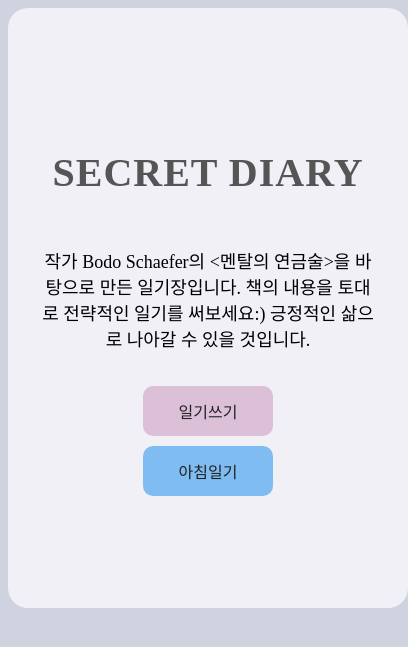
Repository: jinhee196/diary
Page: index.html
An editor plug-in stored every save of this project. The page is shown before and after the next save, followed by the edit.
The browser window is 375 px wide. The page is 408 px wide, so the pictures cover 408 px, including what lies to the right of the window. The pictures show the whole page.
Some web fonts or font styles are not loaded; a fallback is used. Some web libraries are served in a nearby version.

Above is the page before, as saved 2021-06-06 16:10:27.

### index.html
<!DOCTYPE html>
<html lang="ko">
<head>
    <meta charset="UTF-8">
    <meta http-equiv="X-UA-Compatible" content="IE=edge">
    <meta name="viewport" content="width=device-width, initial-scale=1.0">
    <title>secret Note</title>
    <script src="https://kit.fontawesome.com/ef20572bd9.js" crossorigin="anonymous"></script>
    <link rel="stylesheet" href="style.css">
    <link rel="preconnect" href="https://fonts.gstatic.com">
<link href="https://fonts.googleapis.com/css2?family=Hi+Melody&family=Nanum+Brush+Script&display=swap" rel="stylesheet">
<link href="https://fonts.googleapis.com/css2?family=Noto+Sans+KR:wght@100;300&display=swap" rel="stylesheet">
    <script src="js/main.js" defer></script>
    <script src="js/data.js"></script>
</head>
<body>
  <div class="container">
      <header class="header"></header>

      <section id="main">
        <h1 class="main__title">SECRET DIARY</h1>
        <p class="main__desc">작가 Bodo Schaefer의 &#60;멘탈의 연금술&#62;을 바탕으로 만든 일기장입니다.
                              책의 내용을 토대로 전략적인 일기를 써보세요:) 긍정적인 삶으로 나아갈 수 있을 것입니다. </p>
        <button class="note1">일기쓰기</button>
        <button class="note2">아침일기</button>
        <button class="note3">걱정과 두려움을 <br>다루는 방법</button>
      </section>

      <section id="daily">
        <div class="daily__weather">
          <!-- <img src="" alt=""> -->
        </div>
        <div class="daily__emotion"></div>
        <div class="daily__Note">
          <button class="daily__submit">완료</button>
          <input class="daily__title" placeholder="제목을 입력하세요"></input>
          <textarea class="daily__text" autofocus></textarea>
          <div class="popup">
             <h3 class="popup__title">저장되었습니다.</h3>
             <button class="popup__btn">확인</button>
          </div>
        </div>
      </section>

      <section id="morning">
        <button class="morning__submit">완료</button>
        <p class="desc">아침일기는 '오늘 무엇을 할 것인가?'를 정리하는 데 탁월한 효과를 줍니다. 질문에 가볍게 답해가다 보면,
          질문의 답처럼 생각하고 실행할 수 있는 컨디션이 만들어질 것입니다.

        </p>
        <ul class="items">
          <!-- <li class="item">test</li>
          <li class="item-sub">subtest</li> -->
        </ul>
        <div class="message">
        <input type="text" class="footer__input" />
        <button class="footer__submit">보내기</button>
        </div>
    </section>

    <section id="list">
      <p class="desc">두려움과 걱정의 목록들을 리스트로 만들고 지속적으로 업데이트하세요.
        구체적으로 작성해 두려움을 잘게 쪼개다보면 엄습하는 두려움을 무력화시킬 수 있을 것입니다. </p>
      <ul class="items">
        <!-- <li class="item">test</li>
        <li class="item-sub">subtest</li> -->
      </ul>
      <div class="message">
      <input type="text" class="footer__input" />
      <button class="footer__submit">보내기</button>
      </div>
  </section>

    <footer class="footer">
      <button class="footer__button">
        <div class="circle"></div>
       </button>
       <i class="fas fa-chevron-left"></i>
     </footer>
  </div>
</body>
</html>

### style.css
* {
  box-sizing: border-box;
  font-family: "Hi Melody", cursive;
}
ul {
  padding: 0;
}

button {
  outline: none;
  background: transparent;
  border: none;
  cursor: pointer;
}
body {
  background-color: #ced3df;
  text-align: center;
}

section {
  height: 600px;
}
.container {
  width: 400px;
  margin: auto;
  background-color: #f1f0f7;
  border-radius: 20px;
}

.header {
  height: 48px;
  padding: 8px;
  font-size: 24px;
  background: rgba(237, 193, 211);

  background: linear-gradient(
    166deg,
    rgba(237, 193, 211, 1) 0%,
    rgba(219, 192, 216, 1) 35%,
    rgba(127, 188, 242, 1) 100%
  );

  border-radius: 20px 20px 0 0;
  color: #fff;
}

#main {
  display: flex; /*flex*/
  flex-direction: column;
  justify-content: center;
  align-items: center;
  overflow: hidden;
}
.main__title {
  font-family: "Nanum Brush Script", cursive;
  letter-spacing: 1px;
  font-size: 40px;
  color: #555;
}
.main__desc {
  padding: 0 30px;
  font-size: 18px;
  margin-bottom: 30px;
}
#main button {
  width: 130px;
  padding: 13px 15px;
  margin: 5px 0;
  border-radius: 10px;
  color: #222;
  font-size: 16px;
  transition: transform 300ms;
}
#main button:hover {
  transform: scale(1.1);
}
.note1 {
  background-color: rgba(219, 192, 216, 1);
}
.note2 {
  background-color: rgba(127, 188, 242, 1);
}
.note3 {
  display: none;
  background-color: rgba(219, 192, 216, 1);
}

#daily {
  display: none;
}
.daily__weather {
  display: none;
  height: 600px;
  overflow: hidden;
}

.daily__weather-Q {
  /*h2 title*/
  font-size: 35px;
  margin: 120px 0 30px;
}
.answerList {
  /*buttons*/
  width: 26%;
  margin: 5px 10px;
}
.answerList img {
  width: 100%;
}
.daily__emotion {
  display: none;
  position: relative;
  height: 600px;
  overflow: hidden;
}
.daily__Note {
  display: none;
  width: 100%;
  height: 100%;
  position: relative;
}
.daily__title {
  width: 100%;
  height: 10%;
  outline: none;
  padding: 20px;
  font-size: 22px;
  border: none;
  border-bottom: 1px solid #ddd;
}
.daily__text {
  width: 100%;
  height: 85%;
  line-height: 1.6;
  padding: 20px;
  outline: none;
  border: none;
  resize: none;
  font-size: 18px;
}
.daily__submit {
  height: 5%;
  font-size: 16px;
  color: #555;
  float: right;
  margin-right: 10px;
}
.daily__submit:hover {
  color: rgb(255, 110, 238);
}
.popup {
  position: absolute;
  top: 50%;
  left: 50%;
  transform: translate(-50%, -50%);
  border: 1px solid #ccc;
  padding: 20px 40px;
  box-shadow: 2px 4px 5px #ccc;
  display: none;
}
.popup__title {
  font-family: "Noto Sans KR", sans-serif;
  font-size: 16px;
}
.popup__btn {
  font-family: "Noto Sans KR", sans-serif;
  border: 1px solid #ccc;
}
#morning {
  display: none;
  overflow: hidden;
  position: relative;
}
#list {
  display: none;
  overflow: hidden;
}
.morning__submit {
  width: 50px;
  height: 30px;
  color: #555;
  float: right;
  background-color: #fff;
  border: 1px solid #ddd;
  transition: all 400ms;
  position: absolute;
  top: 44px;
  right: -12px;
}
.morning__submit:hover {
  font-size: 16px;
  background-color: rgb(231, 248, 252);
  right: 0;
}
.desc {
  font-family: "Noto Sans KR", sans-serif;
  width: 370px;
  height: 60px;
  font-size: 11px;
  text-align: left;
  padding: 8px 30px;
  margin: 15px auto 0;
  background-color: #fff;
  border-radius: 5px;
  line-height: 1.4;
}
.items {
  height: 495px;
  overflow-y: auto;
  margin: 0;
  font-size: 17px;
  text-align: left;
}

.item {
  padding: 8px 15px;
  margin: 10px;
  border-radius: 15px;
  background: rgba(237, 193, 211);
  display: inline-block;
  float: left;
  clear: both;
}
.item-sub {
  padding: 8px 15px;
  margin: 10px;
  border-radius: 15px;
  background: rgba(127, 188, 242, 1);
  display: inline-block;
  float: right;
  clear: both;
}

.footer {
  background: rgba(237, 193, 211);

  background: linear-gradient(
    166deg,
    rgba(237, 193, 211, 1) 0%,
    rgba(219, 192, 216, 1) 35%,
    rgba(127, 188, 242, 1) 100%
  );
  border-radius: 0 0 20px 20px;
  position: relative;
}
.message {
  width: 100%;
}
.footer__input {
  width: 88%;
  height: 32px;
  border: none;
  outline: none;
  font-size: 20px;
  font-weight: 400;
  padding: 0 16px;
  float: left;
  border-top: 1px solid rgba(237, 193, 211);
}

.footer__submit {
  width: 12%;
  height: 32px;
  float: right;
  background-color: rgba(237, 193, 211);
  font-size: 11px;
  padding: 0;
}
.footer__button {
  width: 48px;
  height: 48px;
  background-color: #fff;
  border-radius: 50%;
  transition: transform 300ms ease-in;
  margin-top: 2px;
}
.circle {
  width: 40px;
  height: 40px;
  border: 4px solid rgba(219, 192, 216, 0.8);
  border-radius: 50%;
  margin-left: -2px;
}
.fa-chevron-left {
  font-size: 20px;
  color: #eee;
  position: absolute;
  right: 70px;
  top: 50%;
  transform: translateY(-50%);
  cursor: pointer;
  transition: transform 500ms ease-in;
}
.footer__button:hover {
  transform: scale(1.1);
}
.fa-chevron-left:hover {
  color: rgb(255, 128, 255);
}

@keyframes fadeIn {
  from {
    opacity: 0;
  }
  to {
    opacity: 1;
  }
}

@keyframes fadeOut {
  from {
    opacity: 1;
  }
  to {
    opacity: 0;
  }
}

.fadeIn {
  animation: fadeIn;
  animation-duration: 1s;
}

.fadeOut {
  animation: fadeOut;
  animation-duration: 1s;
}

@media screen and (max-width: 411px) {
  .header {
    display: none;
  }
  .footer {
    display: none;
  }
}

### js/data.js
const morningList = [
  {
    q: '1. 나는 오늘 어떤 점이 가장 행복하겠는가?'
  },
  {
    q: '2. 오늘 내게 가장 큰 동기부여를 해주는 것은 무엇인가?'
  },
  {
    q: '3.오늘 무엇에 가장 감사해야 하겠는가?'
  },
  {
    q: '4.오늘 내게 직언과 조언을 해줄 사람들은 누구인가?'
  },
  {
    q: '5. 오늘 내 컨디션으로 볼 때 가장 잘해낼 것 같은 일은 무엇인가?'
  },
  {
    q: '6. 오늘 내가 꼭 알아야 할 것은 무엇인가?'
  },
  {
    q: '7. 오늘 두려움과 긴장을 유쾌하게 다뤄줄 필살기는 무엇인가?'
  },
  {
    q: '8. 오늘 꼭 해야할 과제 한 가지는 무엇인가?'
  }
]

const qnaList = [
  {
    q: '지금 가장 두려운 것이 무엇입니까?'
  },
  {
    q: '그것이 왜 두려우십니까? 구체적으로 작성해보세요.'
  },
  {
    q: '가장 큰 두려움에서부터 사소한 걱정까지 낱낱이 기록하세요.'
  }
]

const dailyNote = [
  {
    q: '현재 날씨를 선택해주세요',
    a: [
      { answer: 'images/weather-icons-set_03.png'},
      { answer: 'images/weather-icons-set_05.png' },
      { answer: 'images/weather-icons-set_07.png' },
      { answer: 'images/weather-icons-set_13.png' },
      { answer: 'images/weather-icons-set_17.png' },
      { answer: 'images/weather-icons-set_21.png' },
    ]
  },
  {
    q: '현재 기분을 골라보세요',
    a: [
      { answer: 'images/emtion_03.png' },
      { answer: 'images/emtion_05.png' },
      { answer: 'images/emtion_07.png' },
      { answer: 'images/emtion_12.png' },
      { answer: 'images/emtion_13.png' },
      { answer: 'images/emtion_14.png' },
      { answer: 'images/emtion_18.png' },
      { answer: 'images/emtion_19.png' },
      { answer: 'images/emtion_20.png' },
    ]
  }
]

### js/main.js
const note1 = document.querySelector('.note1');
const note2 = document.querySelector('.note2');

const main = document.querySelector('#main');
const morning = document.querySelector('#morning');
const list = document.querySelector('#list');

const items = document.querySelector('.items');
const input = document.querySelector('.footer__input');
const addBtn = document.querySelector('.footer__submit');
const back = document.querySelector('.fa-chevron-left');

const daily = document.querySelector('#daily');
const daily__weather = document.querySelector('.daily__weather');
const daily__emotion = document.querySelector('.daily__emotion');
const daily__Note = document.querySelector('.daily__Note');
const daily__submit = document.querySelector('.daily__submit');
const textarea = document.querySelector('.daily__text');
const daily__title = document.querySelector('.daily__title');
const popup = document.querySelector('.popup');
const endPoint = 8;

let qIdx;
note1.addEventListener('click', () => {
  main.style.animation = "fadeOut 1s";
  setTimeout(() => {
    daily.style.animation = "fadeIn 1s";
    daily__weather.style.animation = "fadeIn 1s";
    setTimeout(() => {
      main.style.display = "none";
      daily.style.display = "block";
      daily__weather.style.display = "block";
    }, 450)
    qIdx = 0;
    dailyNext(qIdx);
  }, 450);
});


function addAnswer(answerText, qIdx){
  const answer = document.createElement('button');
  answer.classList.add('answerList');
  daily__weather.appendChild(answer);
  answer.innerHTML = `<img src="${answerText}" alt=""></img>`;


  answer.addEventListener('click', ()=>{
    let children = document.querySelectorAll('.answerList');
    for( let i = 0; i < children.length; i++) {
         children[i].disabled = true;
        //  children[i].style.display = 'none';
         daily__weather.innerHTML = '';
    }

    dailyNext(++qIdx);
  });

}


function dailyNext(qIdx){
  if(qIdx === 2){
    goResult();
    return;
  }
    const dailyQ = document.createElement('h2');
    dailyQ.setAttribute('class', 'daily__weather-Q');
    daily__weather.appendChild(dailyQ);
    dailyQ.innerHTML = dailyNote[qIdx].q;
    for(let i in dailyNote[qIdx].a){
      addAnswer(dailyNote[qIdx].a[i].answer, qIdx);
    }
  }



function goResult() {
  // console.log('result');
  daily__weather.style.display = 'none';
  daily__emotion.style.display = 'none';
  daily__Note.style.display = 'block';
  textarea.focus();
}

daily__submit.addEventListener('click', ()=>{
  popup.style.display = 'block';

  const popupBtn = document.querySelector('.popup__btn');
  popupBtn.addEventListener('click', ()=>{
    popup.style.display = 'none';
    init();

  });
});

note2.addEventListener('click', ()=>{
    main.style.animation = "fadeOut 1s";
    setTimeout(() => {
      morning.style.animation = "fadeIn 1s";
      setTimeout(() => {
        main.style.display = "none";
        morning.style.display = "block";
        input.focus();
      }, 450)
      qIdx = 0;
      goNext(qIdx);
    }, 450);
});



function goNext(qIdx){
  if(qIdx === endPoint){
    console.log('end');
    return;
  }
  const qna = createQna(qIdx);
  items.appendChild(qna);
  qna.scrollIntoView({ block: 'center' });
}

function createQna(qIdx) {
  const qnaRow = document.createElement('li');
  qnaRow.setAttribute('class', 'item');
  qnaRow.innerHTML = morningList[qIdx].q;
  console.log(qIdx);

  return qnaRow;

}
function onAdd() {
  const text = input.value;
  if (text === '') {
    input.focus();
    return;
  }
  const item = createItem(text); //function
  items.appendChild(item);
  item.scrollIntoView({ block: 'center' });
  input.value = '';
  input.focus();
  goNext(++qIdx);

}

function createItem(text) {
  const itemRow = document.createElement('li');
  itemRow.setAttribute('class', 'item-sub');
  itemRow.innerHTML = text;
  return itemRow;
}

addBtn.addEventListener('click', () => {
  onAdd();
});

input.addEventListener('keypress', event => {
  if (event.key === 'Enter') {
    onAdd();
  }
});

back.addEventListener('click', init);


function init() {
  main.style.animation = "fadeIn 1s";
  input.value = '';
  items.innerHTML = '';
  textarea.value = '';
  daily__title.value = '';
  daily__emotion.innerHTML = '';
  daily__weather.innerHTML = '';

  setTimeout(() => {
    list.style.animation = "fadeOut 1s";
    morning.style.animation = "fadeOut 1s";
    daily.style.animation = "fadeOut 1s";
    setTimeout(() => {
      main.style.display = "flex";
      list.style.display = "none";
      morning.style.display = "none";
      daily.style.display = 'none';
      daily__Note.style.display = 'none';
    }, 450)
  }, 450);
}

After the next save:
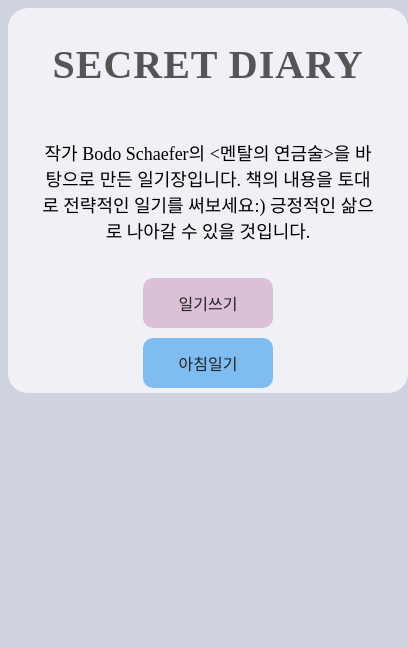
Saved 25 s later.
--- a/style.css
+++ b/style.css
@@ -333,4 +333,7 @@
   .footer {
     display: none;
   }
-}
+  section {
+    height: 100%;
+  }
+}

After the save that followed:
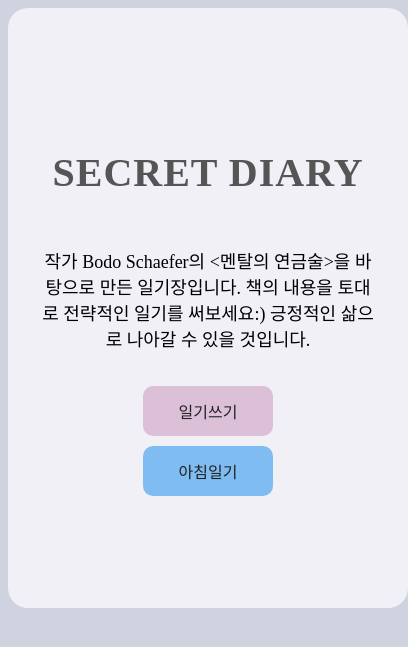
Saved 26 s later.
--- a/style.css
+++ b/style.css
@@ -334,6 +334,6 @@
     display: none;
   }
   section {
-    height: 100%;
-  }
-}
+    min-height: 600px;
+  }
+}
